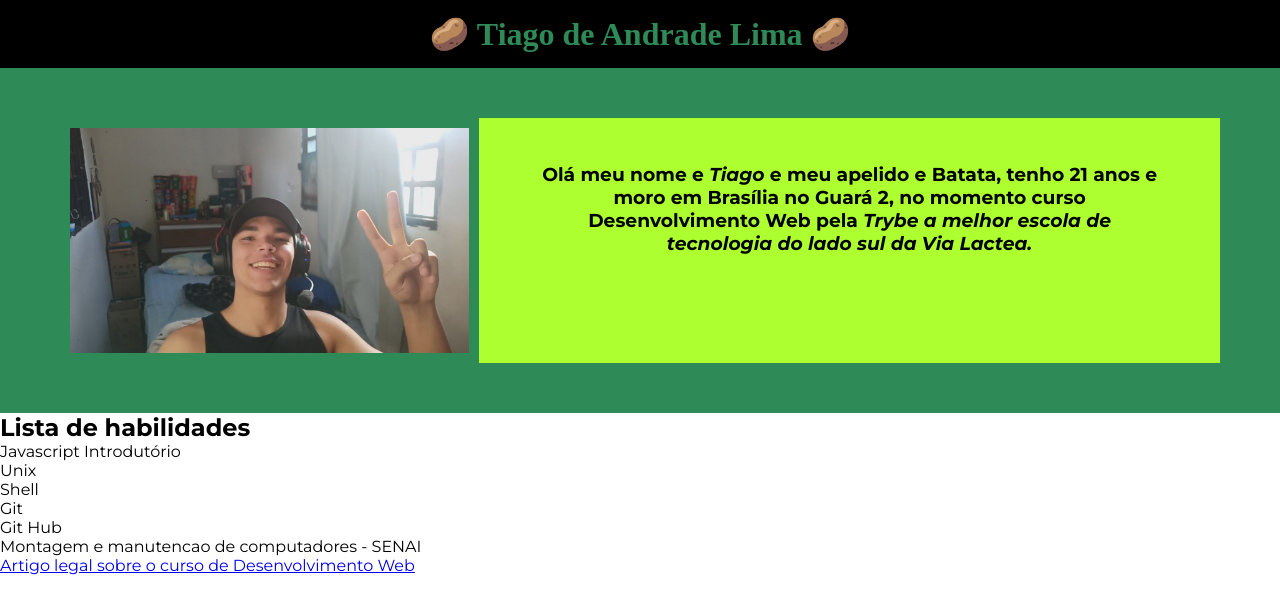
Repository: Batatiago/Batatiago.github.io
Page: index.html
The author's editor kept a copy of each file at every save. The page is drawn from the files as they stood at one save, then again after the next save.
The browser window is 1280 px wide. The pictures show the whole page.

Above is the page before, as saved 2023-06-29 11:45:30.

### index.html
<!DOCTYPE html>
<html lang="pt-br">

<head>
  <meta charset="UTF-8">
  <title>Tiago de Andrade Lima</title>
  <link
    href="https://fonts.googleapis.com/css2?family=Montserrat:ital,wght@0,100;0,200;0,300;0,400;0,500;0,600;0,700;0,800;0,900;1,100;1,200;1,300;1,400;1,500;1,600;1,700;1,800;1,900&display=swap"
    rel="stylesheet">
  <link rel="stylesheet" href="style.css">
</head>

<body>
  <div class="header-container">
    <div class="header">
      <h1 class="meuNome"> 🥔 Tiago de Andrade Lima 🥔</h1>
    </div>
  </div>
  <div class="resumo-container">
    <div class="resumo">
      <img id="foto" src="2023-06-23-160707.jpg" alt="Imagem de Tiago" width="300px">
      <h3 class="descricao">Olá meu nome e <strong><em>Tiago</em></strong> e meu apelido e Batata, tenho 21 anos e moro em Brasília no Guará 2, no
        momento curso Desenvolvimento
        Web pela <strong><em>Trybe a melhor escola de tecnologia do lado sul da Via Lactea.</em></strong></h3>
    </div>
  </div>
  <div class="lista">
    <h2>Lista de habilidades</h2>
    <ul>
      <li class="javascript">Javascript Introdutório</li>
      <li class="unix">Unix</li>
      <li class="shell">Shell</li>
      <li class="git">Git</li>
      <li class="gitHub">Git Hub</li>
      <li>Montagem e manutencao de computadores - SENAI</li>
    </ul>
  </div>
  <a href="https://blog.betrybe.com/carreira/frontend/" target="_blank">Artigo legal sobre o curso de Desenvolvimento
    Web</a>
</body>

</html>

### style.css
* {
    margin: 0;
    padding: 0;
    border: 0;
}

body {
    font-family: 'Montserrat', sans-serif;
}

.header-container {
    background-color: black;
    color: seagreen;
}

.header {
    padding: 15px 10px;
    width: 50%;
    margin: auto;
    font-family: 'Times New Roman', Times, serif;
    text-align: center;
}

.resumo-container {
    background-color: seagreen;
}
.resumo {
    display: inline-flex;
    margin: 50px 60px;
}

.resumo h3 {
    padding: 45px 60px;
    background-color: greenyellow;
    text-align: center;
}

#foto {
    width: 380px;
    flex: content;
    margin: 10px;
}

After the next save:
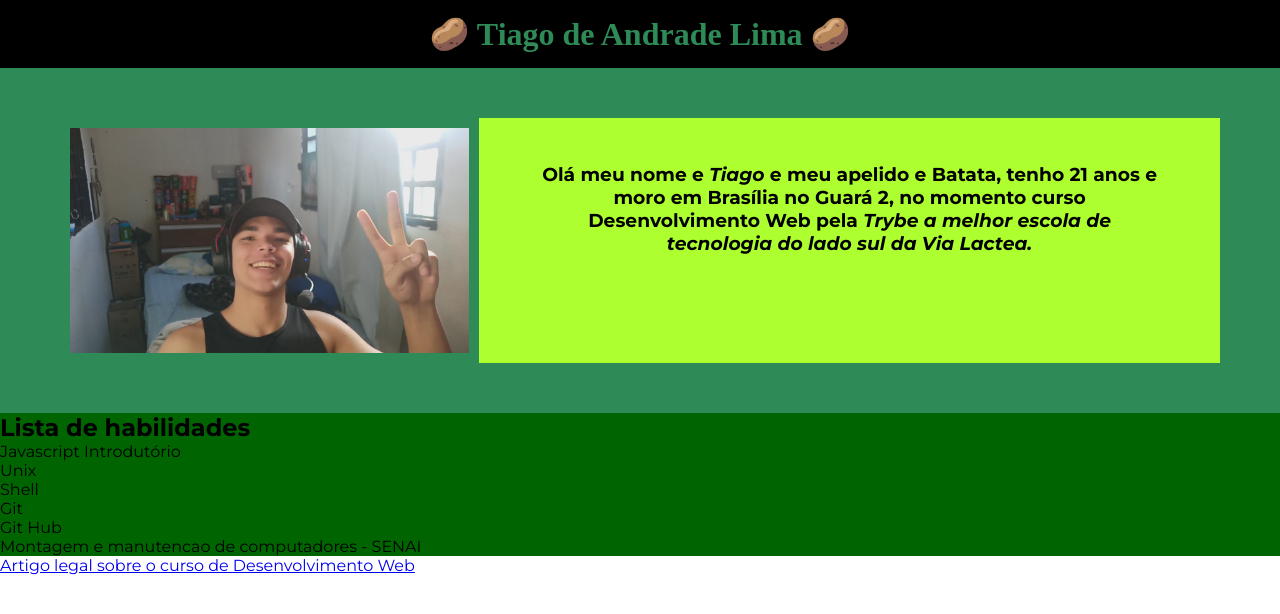
Saved 3 s later.
--- a/style.css
+++ b/style.css
@@ -40,3 +40,8 @@ body {
     flex: content;
     margin: 10px;
 }
+
+.lista {
+    text-align: justify;
+    background-color: darkgreen;
+}
